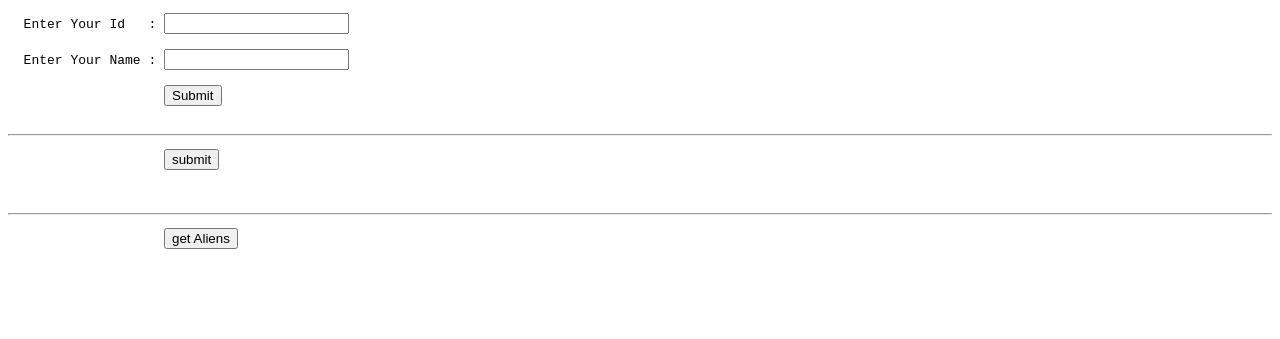
Repository: albelsingh/Spring-boot
Page: http://localhost/SpringMVCBoot-1/views/index.jsp
These files come from the project's save history. The page is drawn as it stood at one moment and after the next save; the edit follows.
The browser window is 1280 px wide. The pictures show the whole page.
The page is served by Tomcat 9.

Above is the page before, as saved 2020-06-20 03:32:32.

After the next save:
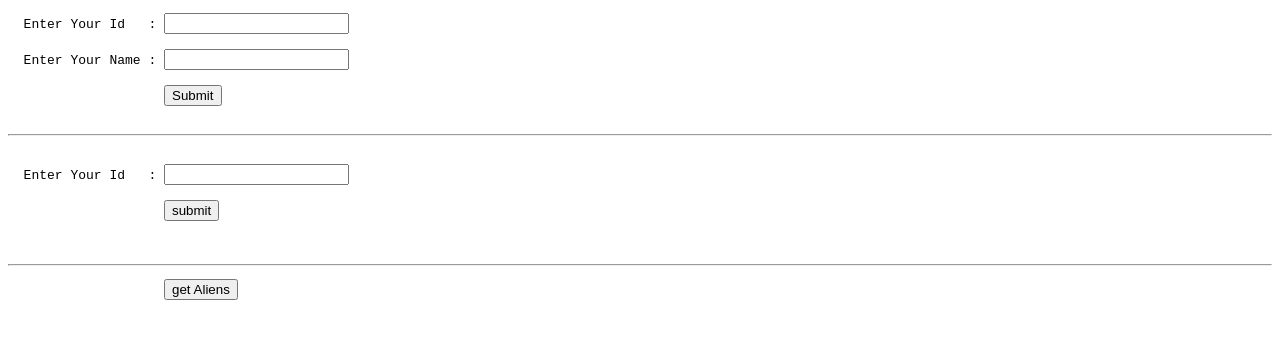
Saved 104 s later.
--- a/SpringMVCBoot-1/src/main/webapp/views/index.jsp
+++ b/SpringMVCBoot-1/src/main/webapp/views/index.jsp
@@ -18,6 +18,7 @@
   <hr>
      <form action="getAlien" method="GET">
   <pre>
+  Enter Your Id   : <input type="text" name="aid"><br>
                     <input type="submit" name="b1" value="submit"><br>
   </pre>
   </form>
